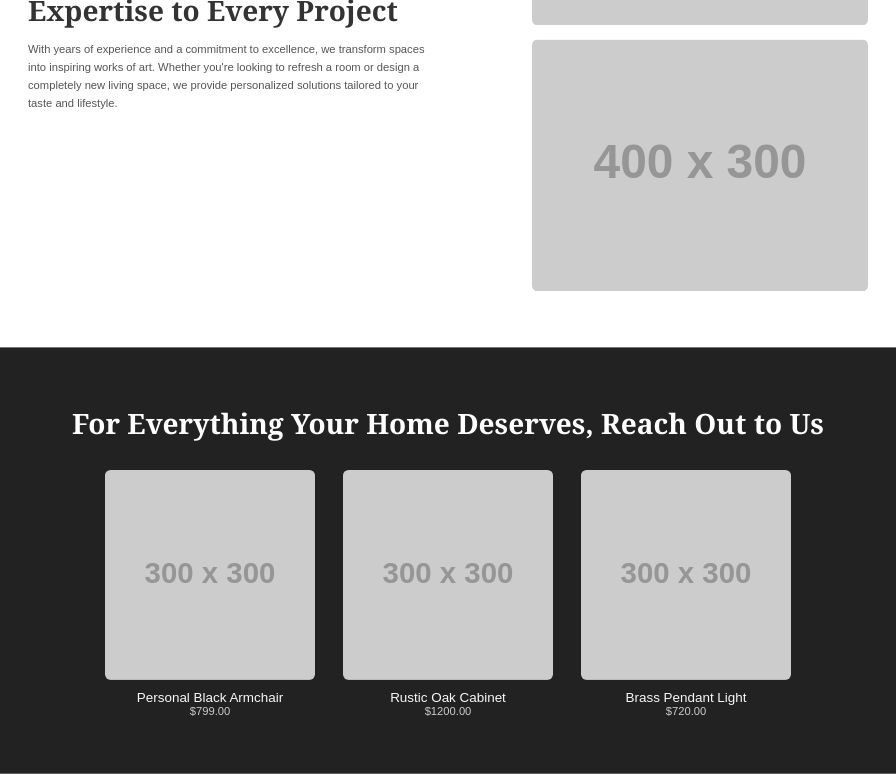
Repository: Patience225/home-decor-studio
Page: index.html
These files come from the project's save history. The page is drawn as it stood at one moment and after the next save; the edit follows.
The browser window is 1280 px wide. The pictures show the part of the page from y = 1415 to 3335 px (the page is 2521 px tall before and 3335 px after), at 70% of full size.

Above is the page before, as saved 2025-01-29 04:33:38.

After the next save:
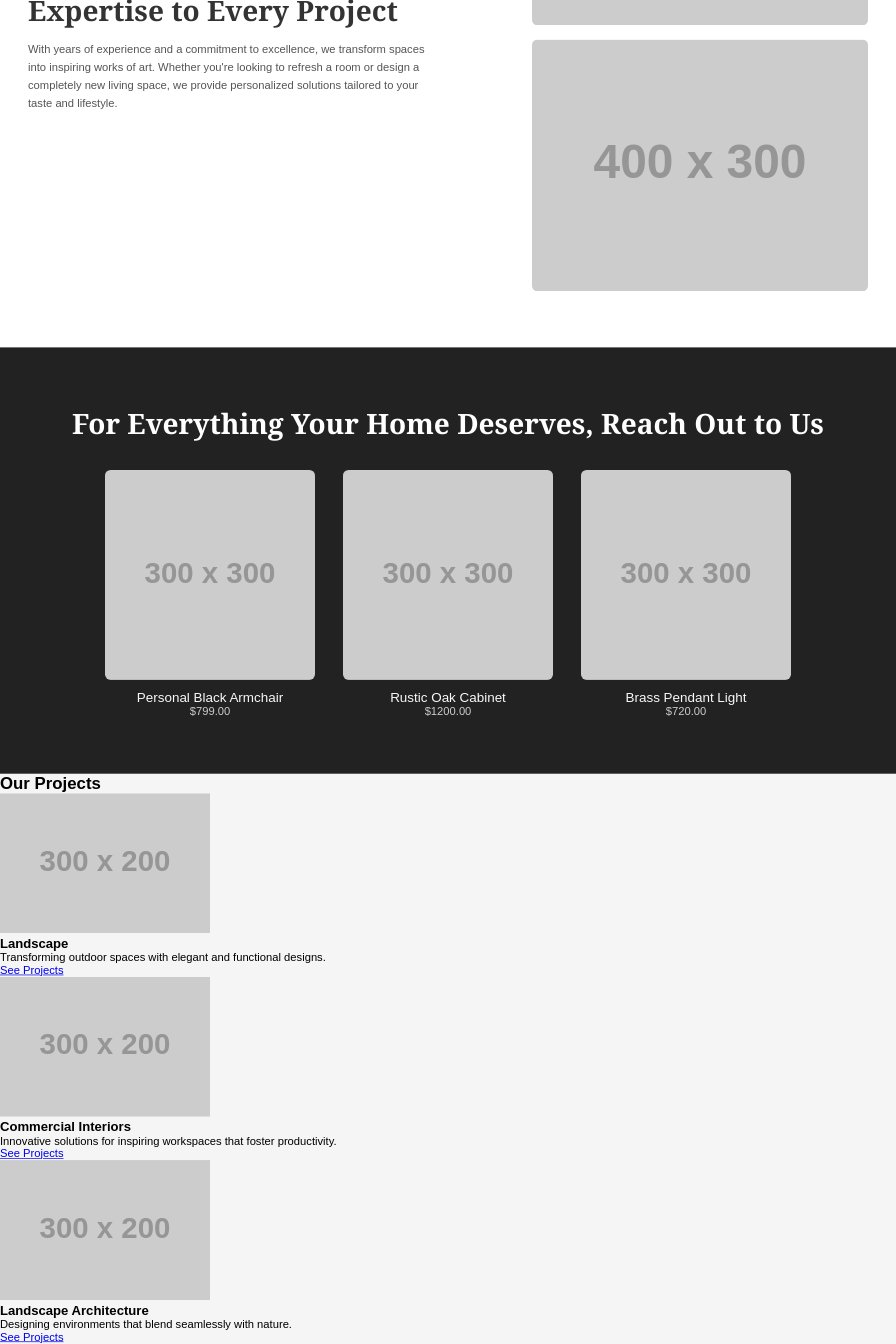
Saved 50 s later.
--- a/index.html
+++ b/index.html
@@ -84,6 +84,29 @@
       </div>
     </div>
   </section>
+  <section class="projects">
+    <h2>Our Projects</h2>
+    <div class="project-cards">
+      <div class="project-card">
+        <img src="https://via.placeholder.com/300x200" alt="Landscape Project">
+        <h3>Landscape</h3>
+        <p>Transforming outdoor spaces with elegant and functional designs.</p>
+        <a href="#" class="project-link">See Projects</a>
+      </div>
+      <div class="project-card">
+        <img src="https://via.placeholder.com/300x200" alt="Commercial Interiors">
+        <h3>Commercial Interiors</h3>
+        <p>Innovative solutions for inspiring workspaces that foster productivity.</p>
+        <a href="#" class="project-link">See Projects</a>
+      </div>
+      <div class="project-card">
+        <img src="https://via.placeholder.com/300x200" alt="Architecture">
+        <h3>Landscape Architecture</h3>
+        <p>Designing environments that blend seamlessly with nature.</p>
+        <a href="#" class="project-link">See Projects</a>
+      </div>
+    </div>
+  </section>
 
   <script src="script.js"></script>
 </body>
